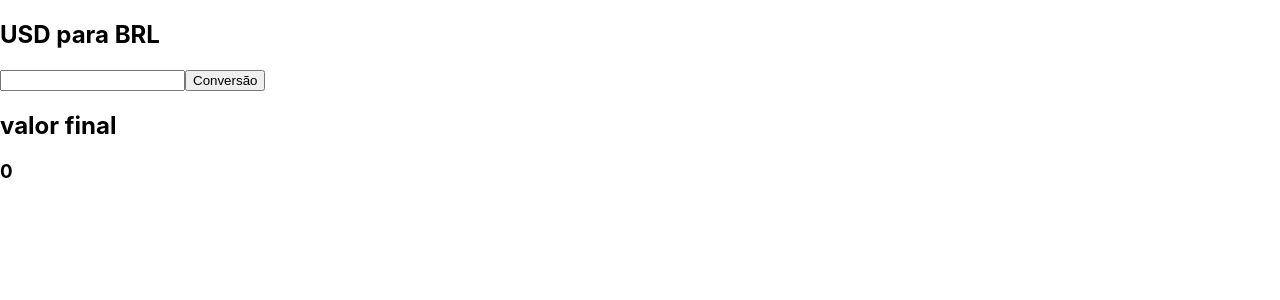
Repository: DeanLemosXD/Currency-converter
Page: /
The author's editor kept a copy of each file at every save. The page is drawn from the files as they stood at one save, then again after the next save.
The browser window is 1280 px wide. The pictures show the whole page.
The project was rebuilt for these pictures with package versions that can differ from the ones it lists, and the page was loaded fresh each time. Also part of the build but not shown: src/App.css.

Above is the page before, as saved 2021-10-19 14:26:32.

### src/App.js
import './App.css';
import Conversor from './components/Conversor';

function App() {
  return (
    <div className="App">
      <Conversor moedaA="USD" moedaB="BRL"></Conversor>
    </div>
  );
}

export default App;

### src/components/Conversor.js
import React, { Component } from 'react'
import './conversor'
export default class Conversor extends Component {

    // eslint-disable-next-line no-useless-constructor
    constructor(props){
        super(props);

        this.state = {
            moedaA_Valor:"",
            moedaB_Valor:0,

        }

        this.converter = this.converter.bind(this)
    }

    converter(){

        let de_para = `${this.props.moedaA}_${this.props.moedaB}`;
        let url = `http://free.currconv.com/api/v7/convert?q=${de_para}&compact=ultra&apiKey=0d7e32903cad9cf7460c`
        //console.log(url)
        fetch(url).then(res=>{
            return res.json()
        })
        .then(json=>{

            let cotacao = json[de_para];
            let moedaB_Valor = (parseFloat(this.state.moedaA_Valor) * cotacao).toFixed(2)
            this.setState({moedaB_Valor})
        })
    }
    render(){
        return (
            <div className="conversor">
                <h2>{this.props.moedaA} para {this.props.moedaB}</h2>
                <input type="text" onChange={(event)=>{this.setState({moedaA_Valor:event.target.value})}}></input>
                <input type="button" value="Conversão" onClick={this.converter}></input>
                <h2>valor final</h2>
                <h3>{this.state.moedaB_Valor}</h3>
            </div>
        )
    }
}

### src/components/conversor.css
.conversor{
        padding: 20px;
        max-width: 300px;
        box-shadow: 0 4px 8px 0 rgba(0, 0, 0, 0.2);
}

Loaded but not shown: public/index.html (common file); src/index.js (common file); src/index.css (common file); src/reportWebVitals.js (common file)

After the next save:
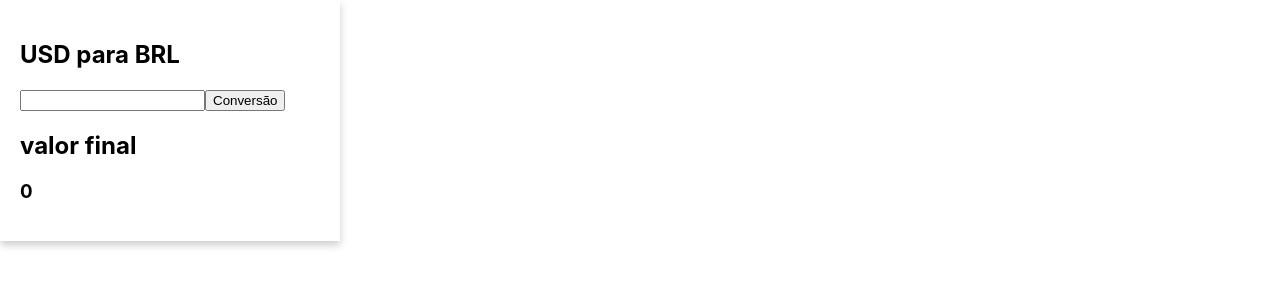
Saved 14 s later.
--- a/src/components/Conversor.js
+++ b/src/components/Conversor.js
@@ -1,5 +1,5 @@
 import React, { Component } from 'react'
-import './conversor'
+import './conversor.css'
 export default class Conversor extends Component {
 
     // eslint-disable-next-line no-useless-constructor
